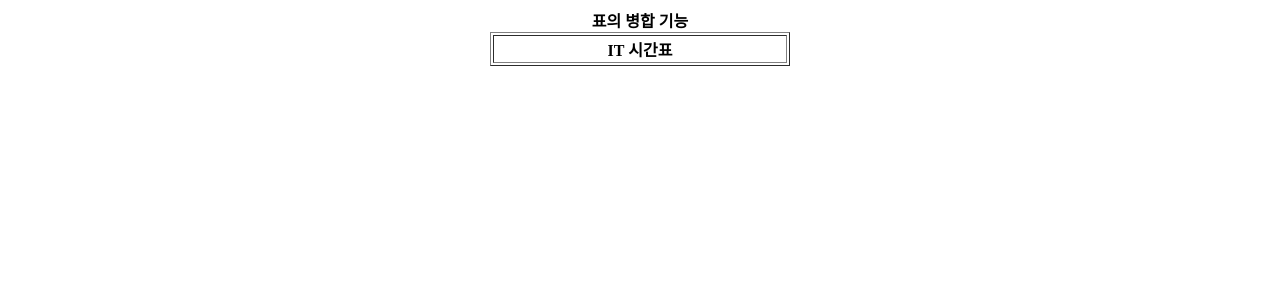
Repository: sika5382/jsp
Page: html/WebContent/NewFile1.html
These files come from the project's save history. The page is drawn as it stood at one moment and after the next save; the edit follows.
The browser window is 1280 px wide. The pictures show the whole page.

Above is the page before, as saved 2020-10-29 06:01:24.

### html/WebContent/NewFile1.html
<!DOCTYPE html>
<html>
<head>
<meta charset="UTF-8">
<title>Insert title here</title>
</head>
<body>

	<table border = "1" align="center" width ="300">

		<caption><b>표의 병합 기능</b></caption>

		<tr>
			<th colspan = "5"> IT 시간표</th>

		</tr>



	</table>


</body>
</html>

After the next save:
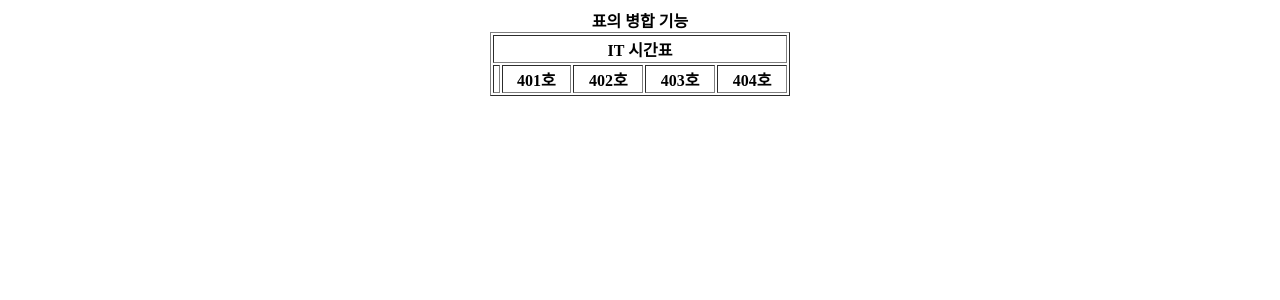
Saved 50 s later.
--- a/html/WebContent/NewFile1.html
+++ b/html/WebContent/NewFile1.html
@@ -15,7 +15,13 @@
 
 		</tr>
 
-
+		<tr>
+			<th></th>
+			<th>401호</th>
+			<th>402호</th>
+			<th>403호</th>
+			<th>404호</th>
+		</tr>
 
 	</table>
 
